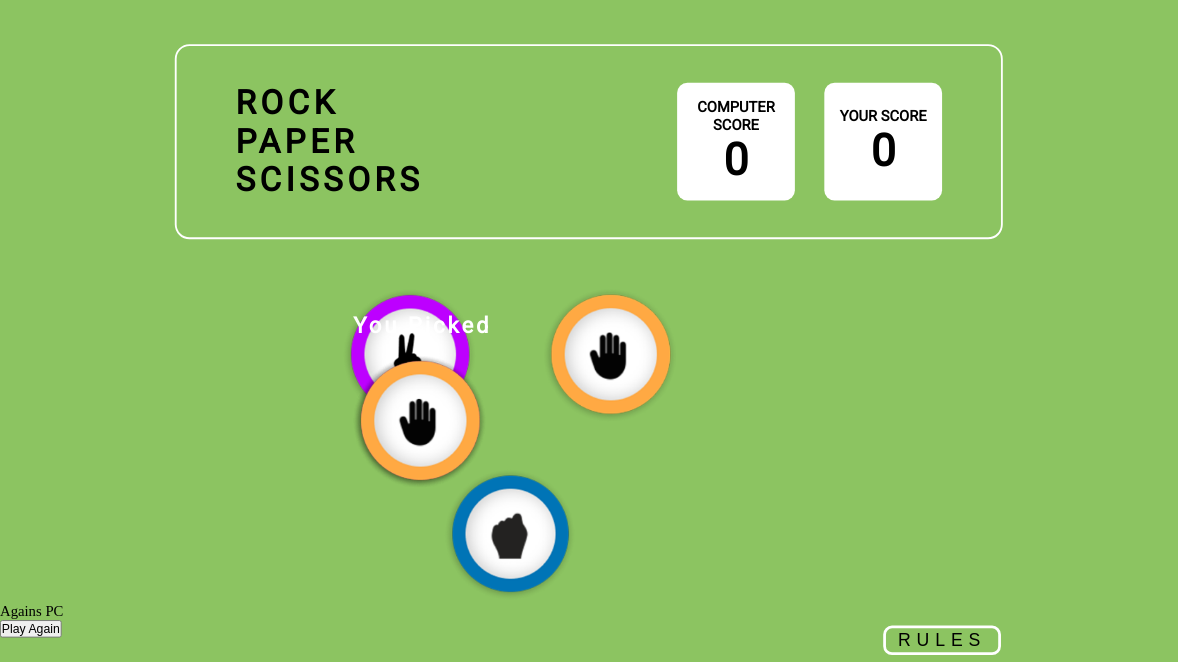
Repository: drumsmanku/Major-module-project-1
Page: index.html
An editor plug-in stored every save of this project. The page is shown before and after the next save, followed by the edit.
The browser window is 1280 px wide. The pictures show the whole page, at 92% of full size.

Above is the page before, as saved 2023-04-29 23:33:00.

After the next save:
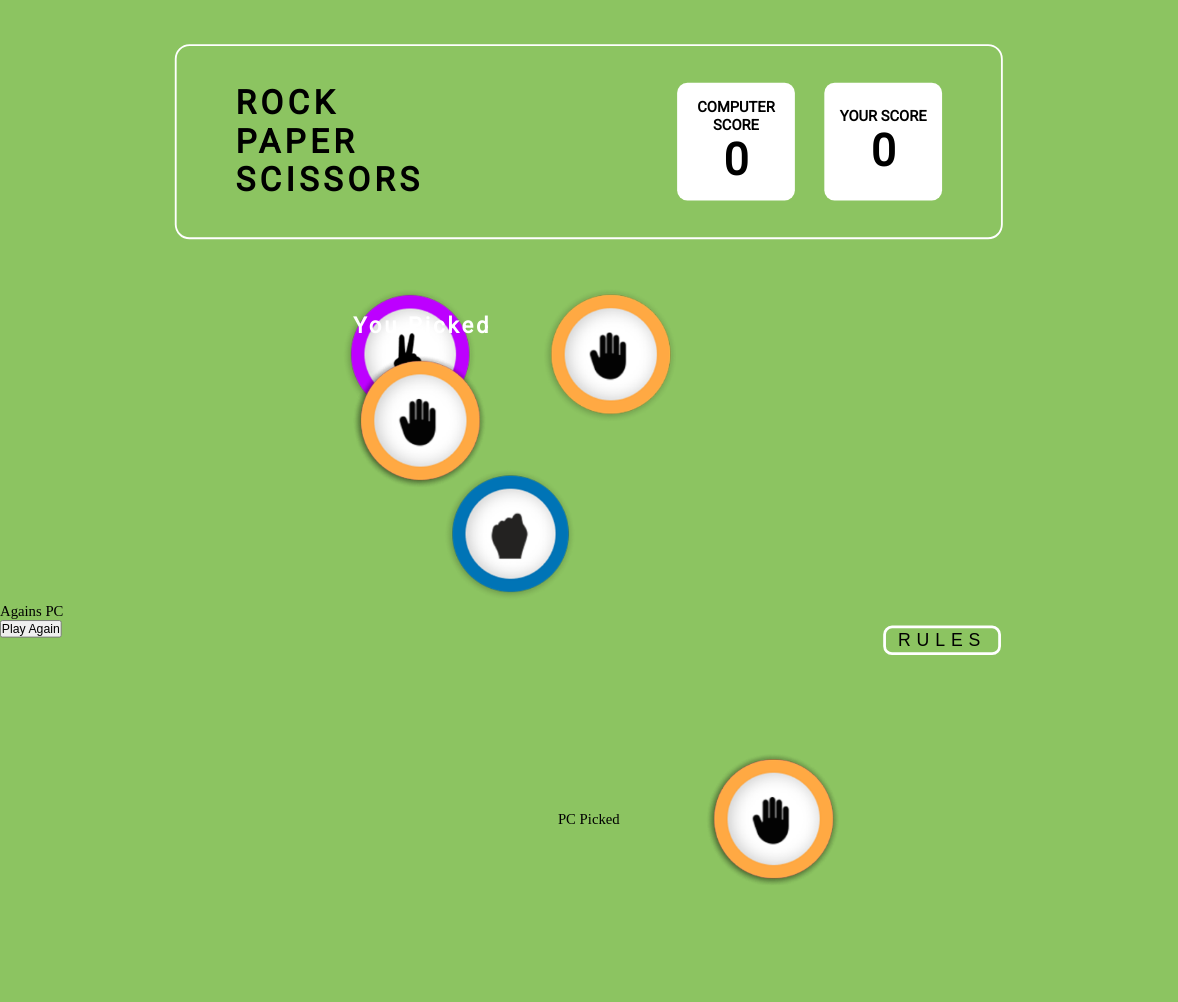
Saved 13 s later.
--- a/index.html
+++ b/index.html
@@ -57,6 +57,12 @@
           <p>Agains PC</p>
           <button class="play-again">Play Again</button>
         </div>
+        <div class="images-div-for-pc">
+          <p>PC Picked</p>
+          <img src="1.png" alt="">
+          <img src="2.png" alt="">
+          <img src="3.png" alt="">
+        </div>
 
        </div>
     </div>
